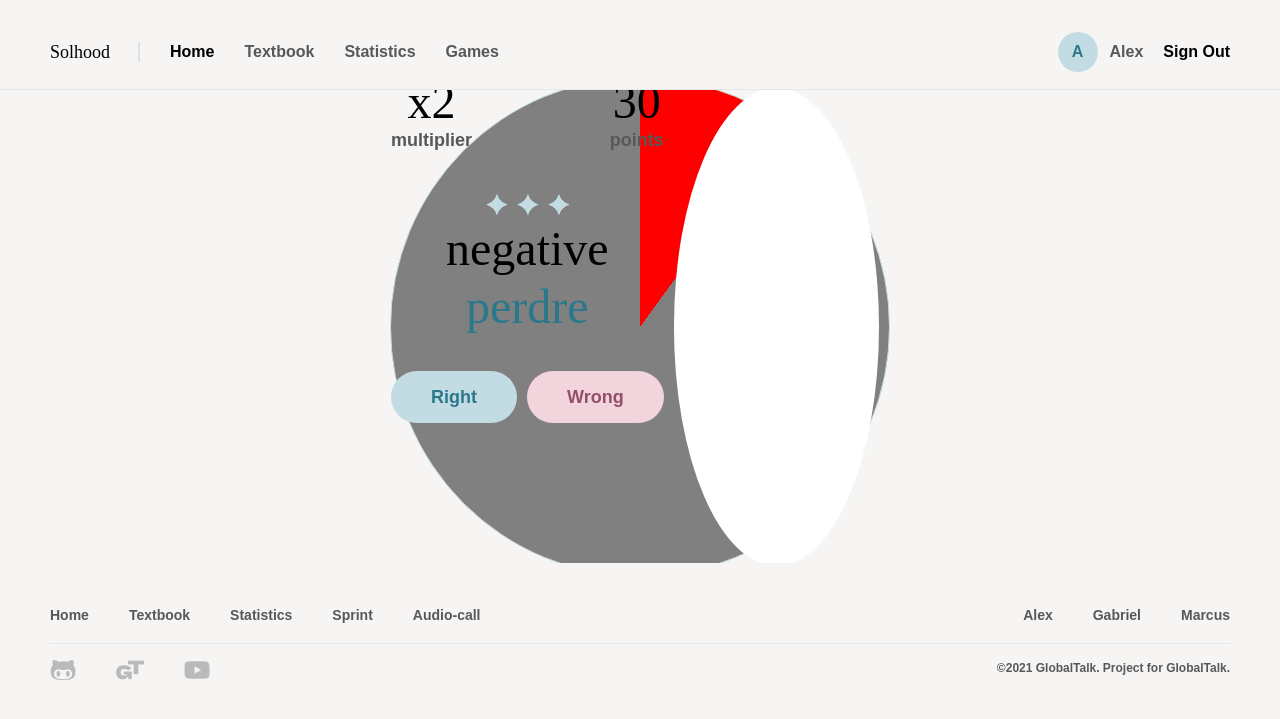
Repository: haudnn/solhood
Page: /game
The author's editor kept a copy of each file at every save. The page is drawn from the files as they stood at one save, then again after the next save.
The browser window is 1280 px wide. The pictures show the whole page.
The project was rebuilt for these pictures with package versions that can differ from the ones it lists, and the page was loaded fresh each time. Also part of the build but not shown: src/pages/Home.tsx, src/pages/Sprint.tsx.

Above is the page before, as saved 2023-01-03 17:37:44.

### src/index.css
@tailwind base;
@tailwind components;
@tailwind utilities;

@import url('https://fonts.googleapis.com/css2?family=Dela+Gothic+One&family=Montserrat:wght@400;500;600;700&display=swap');

@layer components {
    html{
        scroll-behavior: smooth;
    }
    .app-container{
        width: 1180px !important;
        margin: 0 auto !important;
    }
    .wrapper {
        height: calc(100vh - 90px);
        overflow: hidden;
    }
    .line {
        position: relative;
    }
    .wrapper-calc {
        height: calc(100vh - 90px - 157px);
        overflow: hidden;
    }
    .circle {
        display: flex;
        width: 100px;
        height: 100px;
        border-radius: 50%;
        background: conic-gradient(red 36deg, gray 0deg);
        font-size: 0;
      }

    .circle::after {
        content: "";
        display: flex;
        justify-content: center;
        flex-direction: column;
        width: 100%;
        margin: 10px;
        border-radius: 50%;
        background: white;
        font-size: 1rem;
        text-align: center;
    }
    .line::before{
        position: absolute;
        content: "";
        right: -30px;
        border-right: 2px solid #e0e0e0 ;
        height: 20px;
        top: 50%;
        transform: translateY(-50%);
    }
    .line-long {
        position: relative;
    }
    .line-long::before{
        position: absolute;
        content: "";
        right: 0px;
        border-right: 2px solid #e0e0e0 ;
        height: 100%;
        top: 50%;
        transform: translateY(-50%);
    }
    .bridge::before {
        position: absolute;
        left:0;
        top:-16px;
        width: 100%;
        height: 20px;
        content:"";
        display: block;
    }
    .grid {
        width: 100%;
        display: block !important;
        padding: 0;
    }

    .grid.wide {
        max-width: 1200px;
        margin: 0 auto;
    }

    .row {
        display: flex;
        flex-wrap: wrap;
        margin-left: -4px;
        margin-right: -4px;
    }

    .row.no-gutters {
        margin-left: 0;
        margin-right: 0;
    }

    .col {
        padding-left: 4px;
        padding-right: 4px;
    }

    .row.no-gutters .col {
        padding-left: 0;
        padding-right: 0;
    }

    .c-0 {
        display: none;
    }

    .c-1 {
        flex: 0 0 8.33333%;
        max-width: 8.33333%;
    }

    .c-2 {
        flex: 0 0 16.66667%;
        max-width: 16.66667%;
    }

    .c-3 {
        flex: 0 0 25%;
        max-width: 25%;
    }

    .c-4 {
        flex: 0 0 33.33333%;
        max-width: 33.33333%;
    }

    .c-5 {
        flex: 0 0 41.66667%;
        max-width: 41.66667%;
    }

    .c-6 {
        flex: 0 0 50%;
        max-width: 50%;
    }

    .c-7 {
        flex: 0 0 58.33333%;
        max-width: 58.33333%;
    }

    .c-8 {
        flex: 0 0 66.66667%;
        max-width: 66.66667%;
    }

    .c-9 {
        flex: 0 0 75%;
        max-width: 75%;
    }

    .c-10 {
        flex: 0 0 83.33333%;
        max-width: 83.33333%;
    }

    .c-11 {
        flex: 0 0 91.66667%;
        max-width: 91.66667%;
    }

    .c-12 {
        flex: 0 0 100%;
        max-width: 100%;
    }

    .c-o-1 {
        margin-left: 8.33333%;
    }

    .c-o-2 {
        margin-left: 16.66667%;
    }

    .c-o-3 {
        margin-left: 25%;
    }

    .c-o-4 {
        margin-left: 33.33333%;
    }

    .c-o-5 {
        margin-left: 41.66667%;
    }

    .c-o-6 {
        margin-left: 50%;
    }

    .c-o-7 {
        margin-left: 58.33333%;
    }

    .c-o-8 {
        margin-left: 66.66667%;
    }

    .c-o-9 {
        margin-left: 75%;
    }

    .c-o-10 {
        margin-left: 83.33333%;
    }

    .c-o-11 {
        margin-left: 91.66667%;
    }

    /* >= Tablet */
    @media (min-width: 740px) {
        .row {
            margin-left: -8px;
            margin-right: -8px;
        }

        .col {
            padding-left: 8px;
            padding-right: 8px;
        }

        .m-0 {
            display: none;
        }

        .m-1,
        .m-2,
        .m-3,
        .m-4,
        .m-5,
        .m-6,
        .m-7,
        .m-8,
        .m-9,
        .m-10,
        .m-11,
        .m-12 {
            display: block;
        }

        .m-1 {
            flex: 0 0 8.33333%;
            max-width: 8.33333%;
        }

        .m-2 {
            flex: 0 0 16.66667%;
            max-width: 16.66667%;
        }

        .m-3 {
            flex: 0 0 25%;
            max-width: 25%;
        }

        .m-4 {
            flex: 0 0 33.33333%;
            max-width: 33.33333%;
        }

        .m-5 {
            flex: 0 0 41.66667%;
            max-width: 41.66667%;
        }

        .m-6 {
            flex: 0 0 50%;
            max-width: 50%;
        }

        .m-7 {
            flex: 0 0 58.33333%;
            max-width: 58.33333%;
        }

        .m-8 {
            flex: 0 0 66.66667%;
            max-width: 66.66667%;
        }

        .m-9 {
            flex: 0 0 75%;
            max-width: 75%;
        }

        .m-10 {
            flex: 0 0 83.33333%;
            max-width: 83.33333%;
        }

        .m-11 {
            flex: 0 0 91.66667%;
            max-width: 91.66667%;
        }

        .m-12 {
            flex: 0 0 100%;
            max-width: 100%;
        }

        .m-o-1 {
            margin-left: 8.33333%;
        }

        .m-o-2 {
            margin-left: 16.66667%;
        }

        .m-o-3 {
            margin-left: 25%;
        }

        .m-o-4 {
            margin-left: 33.33333%;
        }

        .m-o-5 {
            margin-left: 41.66667%;
        }

        .m-o-6 {
            margin-left: 50%;
        }

        .m-o-7 {
            margin-left: 58.33333%;
        }

        .m-o-8 {
            margin-left: 66.66667%;
        }

        .m-o-9 {
            margin-left: 75%;
        }

        .m-o-10 {
            margin-left: 83.33333%;
        }

        .m-o-11 {
            margin-left: 91.66667%;
        }
    }

    /* PC medium resolution > */
    @media (min-width: 1113px) {
        .row {
            margin-left: -12px;
            margin-right: -12px;
        }

        .row.sm-gutter {
            margin-left: -5px;
            margin-right: -5px;
        }

        .col {
            padding-left: 12px;
            padding-right: 12px;
        }

        .row.sm-gutter .col {
            padding-left: 5px;
            padding-right: 5px;
        }

        .l-0 {
            display: none;
        }

        .l-1,
        .l-2,
        .l-2-4,
        .l-3,
        .l-4,
        .l-5,
        .l-6,
        .l-7,
        .l-8,
        .l-9,
        .l-10,
        .l-11,
        .l-12 {
            display: block;
        }

        .l-1 {
            flex: 0 0 8.33333%;
            max-width: 8.33333%;
        }

        .l-2 {
            flex: 0 0 16.66667%;
            max-width: 16.66667%;
        }

        .l-2-4 {
            flex: 0 0 20%;
            max-width: 20%;
        }

        .l-3 {
            flex: 0 0 25%;
            max-width: 25%;
        }

        .l-4 {
            flex: 0 0 33.33333%;
            max-width: 33.33333%;
        }

        .l-5 {
            flex: 0 0 41.66667%;
            max-width: 41.66667%;
        }

        .l-6 {
            flex: 0 0 50%;
            max-width: 50%;
        }

        .l-7 {
            flex: 0 0 58.33333%;
            max-width: 58.33333%;
        }

        .l-8 {
            flex: 0 0 66.66667%;
            max-width: 66.66667%;
        }

        .l-9 {
            flex: 0 0 75%;
            max-width: 75%;
        }

        .l-10 {
            flex: 0 0 83.33333%;
            max-width: 83.33333%;
        }

        .l-11 {
            flex: 0 0 91.66667%;
            max-width: 91.66667%;
        }

        .l-12 {
            flex: 0 0 100%;
            max-width: 100%;
        }

        .l-o-1 {
            margin-left: 8.33333%;
        }

        .l-o-2 {
            margin-left: 16.66667%;
        }

        .l-o-3 {
            margin-left: 25%;
        }

        .l-o-4 {
            margin-left: 33.33333%;
        }

        .l-o-5 {
            margin-left: 41.66667%;
        }

        .l-o-6 {
            margin-left: 50%;
        }

        .l-o-7 {
            margin-left: 58.33333%;
        }

        .l-o-8 {
            margin-left: 66.66667%;
        }

        .l-o-9 {
            margin-left: 75%;
        }

        .l-o-10 {
            margin-left: 83.33333%;
        }

        .l-o-11 {
            margin-left: 91.66667%;
        }
    }

    /* Tablet - PC low resolution */
    @media (min-width: 740px) and (max-width: 1023px) {
        .wide {
            width: 644px;
        }
    }

    /* > PC low resolution */
    @media (min-width: 1024px) and (max-width: 1239px) {
        .wide {
            width: 984px;
        }

        .wide .row {
            margin-left: -12px;
            margin-right: -12px;
        }

        .wide .row.sm-gutter {
            margin-left: -5px;
            margin-right: -5px;
        }

        .wide .col {
            padding-left: 12px;
            padding-right: 12px;
        }

        .wide .row.sm-gutter .col {
            padding-left: 5px;
            padding-right: 5px;
        }

        .wide .l-0 {
            display: none;
        }

        .wide .l-1,
        .wide .l-2,
        .wide .l-2-4,
        .wide .l-3,
        .wide .l-4,
        .wide .l-5,
        .wide .l-6,
        .wide .l-7,
        .wide .l-8,
        .wide .l-9,
        .wide .l-10,
        .wide .l-11,
        .wide .l-12 {
            display: block;
        }

        .wide .l-1 {
            flex: 0 0 8.33333%;
            max-width: 8.33333%;
        }

        .wide .l-2 {
            flex: 0 0 16.66667%;
            max-width: 16.66667%;
        }

        .wide .l-2-4 {
            flex: 0 0 20%;
            max-width: 20%;
        }

        .wide .l-3 {
            flex: 0 0 25%;
            max-width: 25%;
        }

        .wide .l-4 {
            flex: 0 0 33.33333%;
            max-width: 33.33333%;
        }

        .wide .l-5 {
            flex: 0 0 41.66667%;
            max-width: 41.66667%;
        }

        .wide .l-6 {
            flex: 0 0 50%;
            max-width: 50%;
        }

        .wide .l-7 {
            flex: 0 0 58.33333%;
            max-width: 58.33333%;
        }

        .wide .l-8 {
            flex: 0 0 66.66667%;
            max-width: 66.66667%;
        }

        .wide .l-9 {
            flex: 0 0 75%;
            max-width: 75%;
        }

        .wide .l-10 {
            flex: 0 0 83.33333%;
            max-width: 83.33333%;
        }

        .wide .l-11 {
            flex: 0 0 91.66667%;
            max-width: 91.66667%;
        }

        .wide .l-12 {
            flex: 0 0 100%;
            max-width: 100%;
        }

        .wide .l-o-1 {
            margin-left: 8.33333%;
        }

        .wide .l-o-2 {
            margin-left: 16.66667%;
        }

        .wide .l-o-3 {
            margin-left: 25%;
        }

        .wide .l-o-4 {
            margin-left: 33.33333%;
        }

        .wide .l-o-5 {
            margin-left: 41.66667%;
        }

        .wide .l-o-6 {
            margin-left: 50%;
        }

        .wide .l-o-7 {
            margin-left: 58.33333%;
        }

        .wide .l-o-8 {
            margin-left: 66.66667%;
        }

        .wide .l-o-9 {
            margin-left: 75%;
        }

        .wide .l-o-10 {
            margin-left: 83.33333%;
        }

        .wide .l-o-11 {
            margin-left: 91.66667%;
        }
    }
}

### src/App.tsx
import "./App.css";
import { BrowserRouter } from 'react-router-dom';
import RouterConfig from './config/RouterConfig';
import Footer from "./components/Layout/Footer";
import Header from "./components/Layout/Header";
function App() {
  return (
    <div className="App font-montserrat">
      <BrowserRouter>
        <Header />
        <RouterConfig/>
        <Footer/>
      </BrowserRouter>
    </div>
  );
}

export default App;

### src/config/RouterConfig.tsx
import React from 'react'
import { Routes, Route } from 'react-router-dom';
import {router} from '../constants';
const RouterConfig = () => {
  return (
    <Routes>
    {router.map(({ path, component }) => (
      <Route key={path} path={path} element={component} />
    ))}
  </Routes>
  )
}

export default RouterConfig

### src/components/Layout/Footer.tsx
import React from "react";
import github from '../../assets/imgs/github.png';
import GT from '../../assets/imgs/GT.png'
import youtube from '../../assets/imgs/youtube.png'
const Footer = () => {
  return (
    <footer>
      <div className="bg-greyligt py-[40px]">
        <div className="app-container">
          <div className="pb-4 border-b border-solid boder-[greymedium]">
            <div className="grid">
              <div className="row">
                <div className="col l-6">
                  <ul className="flex items-center gap-x-10">
                    <li>
                      <a
                        className="text-sm font-semibold text-greydark"
                        href="/"
                      >
                        Home
                      </a>
                    </li>
                    <li>
                      <a
                        className="text-sm font-semibold text-greydark"
                        href="/"
                      >
                        Textbook
                      </a>
                    </li>
                    <li>
                      <a
                        className="text-sm font-semibold text-greydark"
                        href="/"
                      >
                        Statistics
                      </a>
                    </li>
                    <li>
                      <a
                        className="text-sm font-semibold text-greydark"
                        href="/"
                      >
                        Sprint
                      </a>
                    </li>
                    <li>
                      <a
                        className="text-sm font-semibold text-greydark"
                        href="/"
                      >
                        Audio-call
                      </a>
                    </li>
                  </ul>
                </div>
                <div className="col l-6">
                  <ul className="flex items-center justify-end gap-x-10">
                    <li>
                      <a
                        className="text-sm font-semibold text-greydark"
                        href="/"
                      >
                        Alex
                      </a>
                    </li>
                    <li>
                      <a
                        className="text-sm font-semibold text-greydark"
                        href="/"
                      >
                        Gabriel
                      </a>
                    </li>
                    <li>
                      <a
                        className="text-sm font-semibold text-greydark"
                        href="/"
                      >
                        Marcus
                      </a>
                    </li>
                  </ul>
                </div>
              </div>
            </div>
          </div>
          <div className="pt-4">
            <div className="grid">
              <div className="row">
                <div className="col l-6">
                  <ul className="flex items-center gap-x-10">
                    <li>
                      <a href="/">
                        <img src={github} alt="" />
                      </a>
                    </li>
                    <li>
                      <a href="/">
                        <img src={GT} alt="" />
                      </a>
                    </li>
                    <li>
                      <a href="/">
                        <img src={youtube} alt="" />
                      </a>
                    </li>
                  </ul>
                </div>
                <div className="col l-6">
                  <div className="flex items-center justify-end">
                    <span className="text-xs font-semibold text-greydark ">
                      ©2021 GlobalTalk. Project for GlobalTalk.
                    </span>
                  </div>
                </div>
              </div>
            </div>
          </div>
        </div>
      </div>
    </footer>
  );
};

export default Footer;

### src/components/Layout/Header.tsx
import React from "react";

const Header = () => {
  return (
      <header className="py-8 border-b border-solid border-[grey-dark] bg-greyligt max-h-[90px]">
        <div className="app-container">
          <div className="grid">
            <div className="row">
              <div className="col l-6">
                <div className="flex items-center gap-x-[60px] h-full">
                  <div className="line">
                    <a href="/" className="text-lg text-black font-dela">Solhood</a>
                  </div>
                  <div className="">
                    <ul className="flex items-center gap-x-[30px]">
                      <li>
                        <a
                          className="text-base font-semibold text-black"
                          href="/"
                        >
                          Home
                        </a>
                      </li>
                      <li>
                        <a
                          className="text-base font-semibold text-greydark"
                          href="/"
                        >
                          Textbook
                        </a>
                      </li>
                      <li>
                        <a
                          className="text-base font-semibold text-greydark"
                          href="/"
                        >
                          Statistics
                        </a>
                      </li>
                      <li className="relative group">
                        <a
                          className="text-base font-semibold text-greydark"
                          href="/"
                        >
                          Games
                        </a>
                        <div className="z-10 group-hover:block hidden absolute bg-white rounded-xl shadow-lg w-[215px] p-5 top-10 bridge">
                          <ul>
                            <li className="mb-2 text-base font-semibold text-greydark">
                              <a href="/sprint">Sprint</a>
                            </li>
                            <li>
                              <a href="/" className="text-base font-semibold text-greydark">Audio call</a>
                            </li>
                          </ul>
                        </div>
                      </li>
                    </ul>
                  </div>
                </div>
              </div>
              <div className="col l-6">
                <div className="flex justify-end">
                  <div className="flex items-center mr-5 gap-x-3">
                    <div className="flex items-center justify-center w-10 h-10 rounded-[50%] bg-cyanlight">
                      <span className="text-base font-semibold text-cyandark">
                        A
                      </span>
                    </div>
                    <span className="text-base font-semibold text-greydark">
                      Alex
                    </span>
                  </div>
                  <div className="flex items-center">
                    <a href="/" className="text-base font-semibold text-black">
                      Sign Out
                    </a>
                  </div>
                </div>
              </div>
            </div>
          </div>
        </div>
      </header>
  );
};

export default Header;

### src/constants/index.ts
import router from "./router"

export {router}

### src/constants/router.tsx
import Game from "../pages/Game";
import Home from "../pages/Home";
import Sprint from "../pages/Sprint";
const router = [
 {
    path: '/',
    component: <Home />,
 },
 {
   path: '/sprint',
   component: <Sprint />,
 },
 {
  path: '/game',
   component: <Game />,
 }

]
export default router;

### src/pages/Game.tsx
import React from "react";
import level from "../assets/imgs/level.png";
const Game = () => {
  return (
    <div className="game bg-greyligt">
      <div className="flex items-center justify-center wrapper-calc">
        <div className="circle w-[500px] h-[500px] rounded-[50%] border border-solid border-cyanlight" data-progress="36">
          <div>
            <div className="flex items-center justify-between mb-10">
              <div className="flex flex-col items-center">
                <p className="text-5xl font-dela">x2</p>
                <p className="text-lg font-semibold text-greydark">
                  multiplier
                </p>
              </div>
              <div className="flex flex-col items-center">
                <p className="text-5xl font-dela">30</p>
                <p className="text-lg font-semibold text-greydark">points</p>
              </div>
            </div>
            <div className="mb-10">
              <div className="flex items-center justify-center gap-x-[10px] mb-[10px]">
                <div>
                  <img
                    src={level}
                    alt=""
                    className="object-cover w-full h-full"
                  />
                </div>
                <div>
                  <img
                    src={level}
                    alt=""
                    className="object-cover w-full h-full"
                  />
                </div>
                <div>
                  <img
                    src={level}
                    alt=""
                    className="object-cover w-full h-full"
                  />
                </div>
              </div>
              <div>
                <p className="text-5xl font-dela mb-[10px] text-center">
                  negative
                </p>
                <p className="text-5xl font-dela mb-[10px] text-cyandark text-center">
                  perdre
                </p>
              </div>
            </div>
            <div className="flex items-center justify-center gap-x-[10px]">
              <button className="px-10 py-3 rounded-full bg-cyanlight">
                <span className="text-lg font-bold text-cyandark">Right</span>
              </button>
              <button className="px-10 py-3 rounded-full bg-pinklight">
                <span className="text-lg font-bold text-pinkdark">Wrong</span>
              </button>
            </div>
          </div>
        </div>
      </div>
    </div>
  );
};

export default Game;

### tailwind.config.js
/** @type {import('tailwindcss').Config} */
module.exports = {
  content: ["./src/**/*.{html,jsx,js,tsx}"],
  theme: {
    fontFamily: {
      dela: ["Dela Gothic One", "cursive"],
      montserrat: ["Montserrat", "sans-serif"],
    },
    extend: {
      colors: {
        cyandesign: "#5996a5",
        cyandark: "#2b788b",
        cyanlight: "#c3dce3",
        pinkdesign: "#a15993",
        pinkdark: "#945069",
        pinklight: "#f2d4dc",
        black: "#000000",
        greyligt: "#f6f5f4",
        greymedium: "#e0e0e0",
        greyicon: "#bababa",
        greydark: "#585858",
        greendesign: "#639b6d",
        reddesign: "#a95151",
        yellowdesign: "#c4a24c",
        orangedesign: "#cb5b43",
      },
    },
  },
  plugins: [],
}

Loaded but not shown: public/index.html (common file); src/index.tsx (common file); src/App.css (common file)

After the next save:
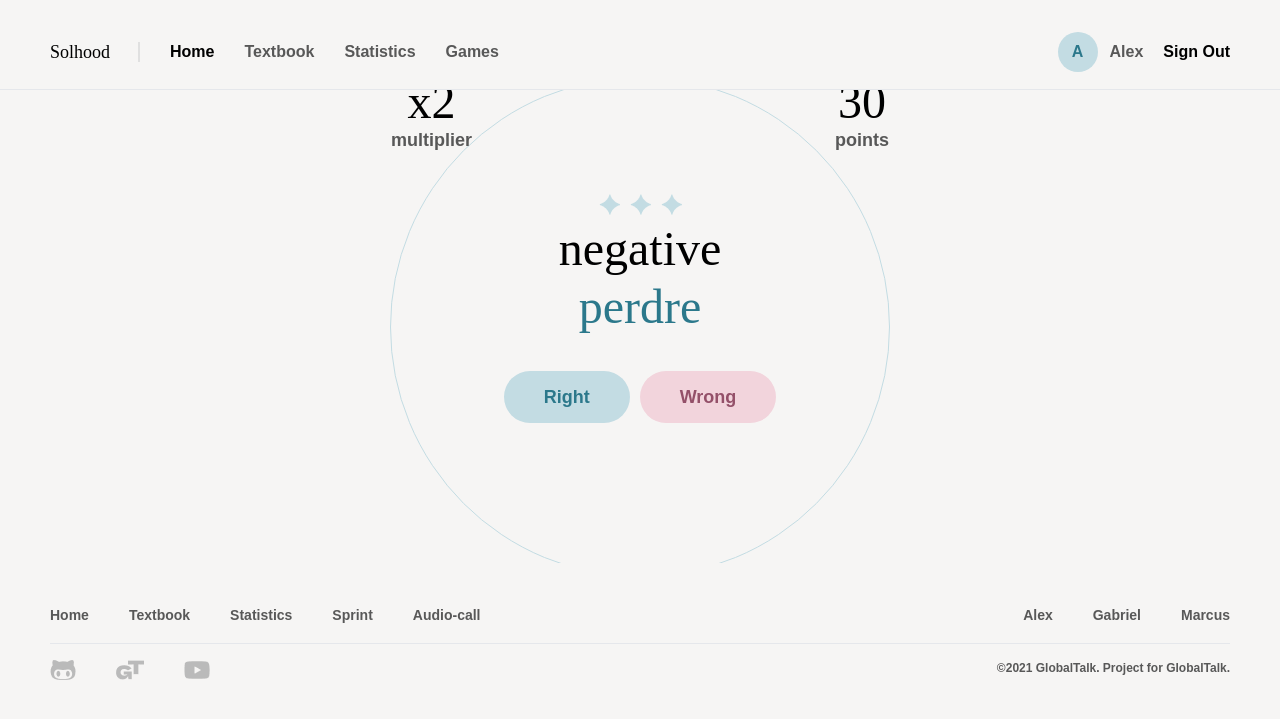
Saved 7 min 51 s later.
--- a/src/index.css
+++ b/src/index.css
@@ -22,27 +22,6 @@
     .wrapper-calc {
         height: calc(100vh - 90px - 157px);
         overflow: hidden;
-    }
-    .circle {
-        display: flex;
-        width: 100px;
-        height: 100px;
-        border-radius: 50%;
-        background: conic-gradient(red 36deg, gray 0deg);
-        font-size: 0;
-      }
-
-    .circle::after {
-        content: "";
-        display: flex;
-        justify-content: center;
-        flex-direction: column;
-        width: 100%;
-        margin: 10px;
-        border-radius: 50%;
-        background: white;
-        font-size: 1rem;
-        text-align: center;
     }
     .line::before{
         position: absolute;
